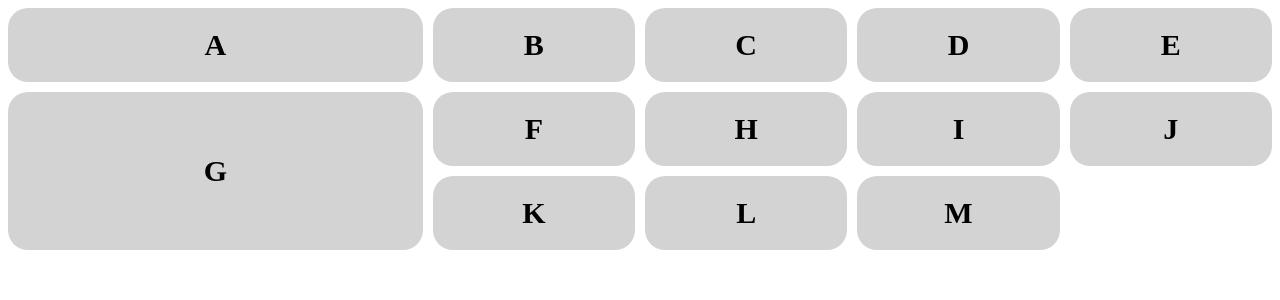
Repository: Yevhen94/nixhw
Page: fourth-lesson/index.html
The author's editor kept a copy of each file at every save. The page is drawn from the files as they stood at one save, then again after the next save.
The browser window is 1280 px wide. The pictures show the whole page.

Above is the page before, as saved 2022-02-08 14:44:49.

After the next save:
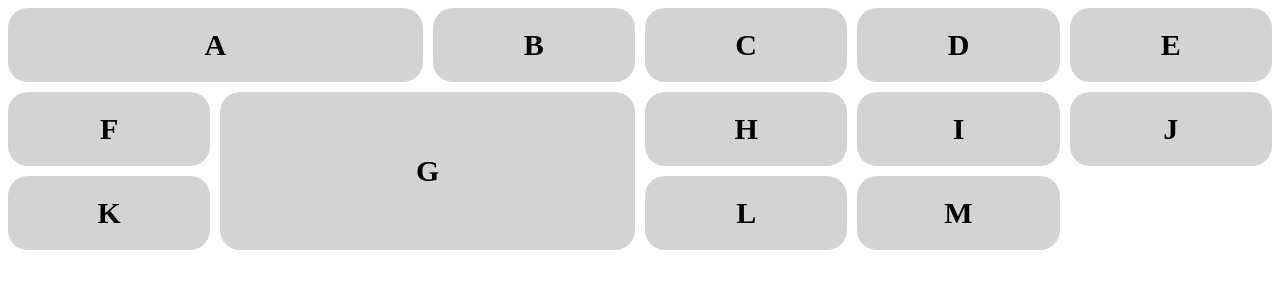
Saved 53 s later.
--- a/fourth-lesson/styles/index.css
+++ b/fourth-lesson/styles/index.css
@@ -55,5 +55,5 @@
 }
 
 .four-in-one {
-  grid-area: 2 / auto / span 2 / span 2;
+  grid-area: 2 / 2 / span 2 / span 2;
 }
